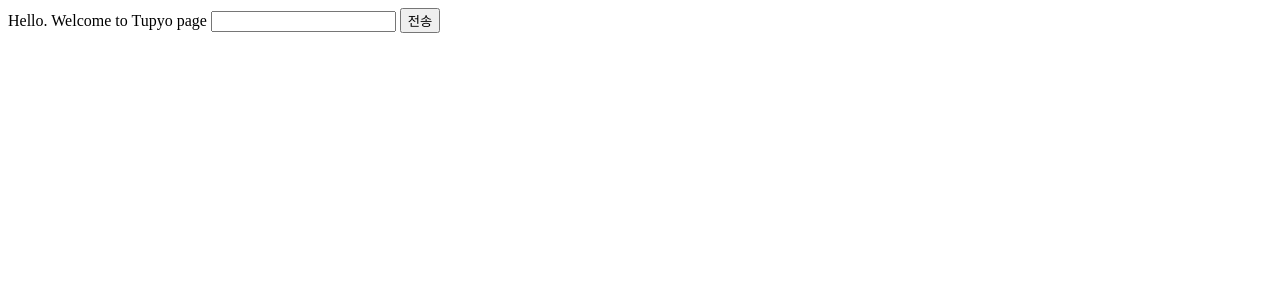
Repository: noheul1030/KOPO-HTML
Page: Tupyo/src/main/webapp/index.html
The author's editor kept a copy of each file at every save. The page is drawn from the files as they stood at one save, then again after the next save.
The browser window is 1280 px wide. The pictures show the whole page.

Above is the page before, as saved 2023-06-03 11:57:04.

After the next save:
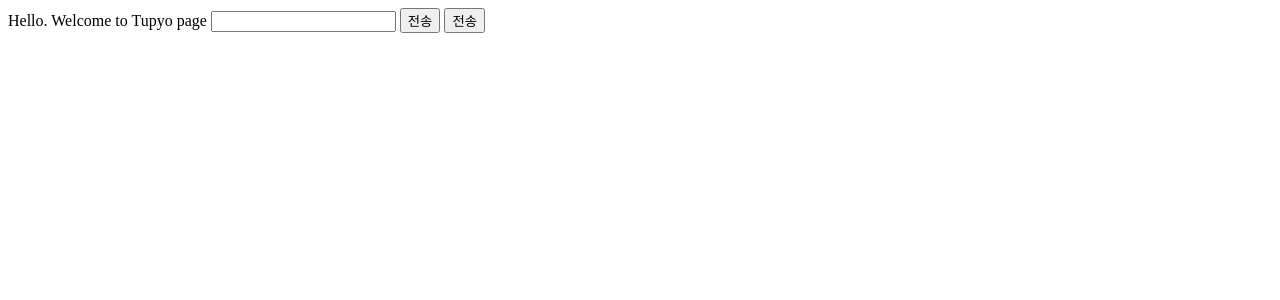
Saved 32 s later.
--- a/Tupyo/src/main/webapp/index.html
+++ b/Tupyo/src/main/webapp/index.html
@@ -8,5 +8,6 @@
 Hello. Welcome to Tupyo page
 <input type="text" name="txtName">
 <input type="button" name="btnSubmit" value="전송">
+<input type="submit" name="btnSubmit" value="전송">
 </body>
 </html>
